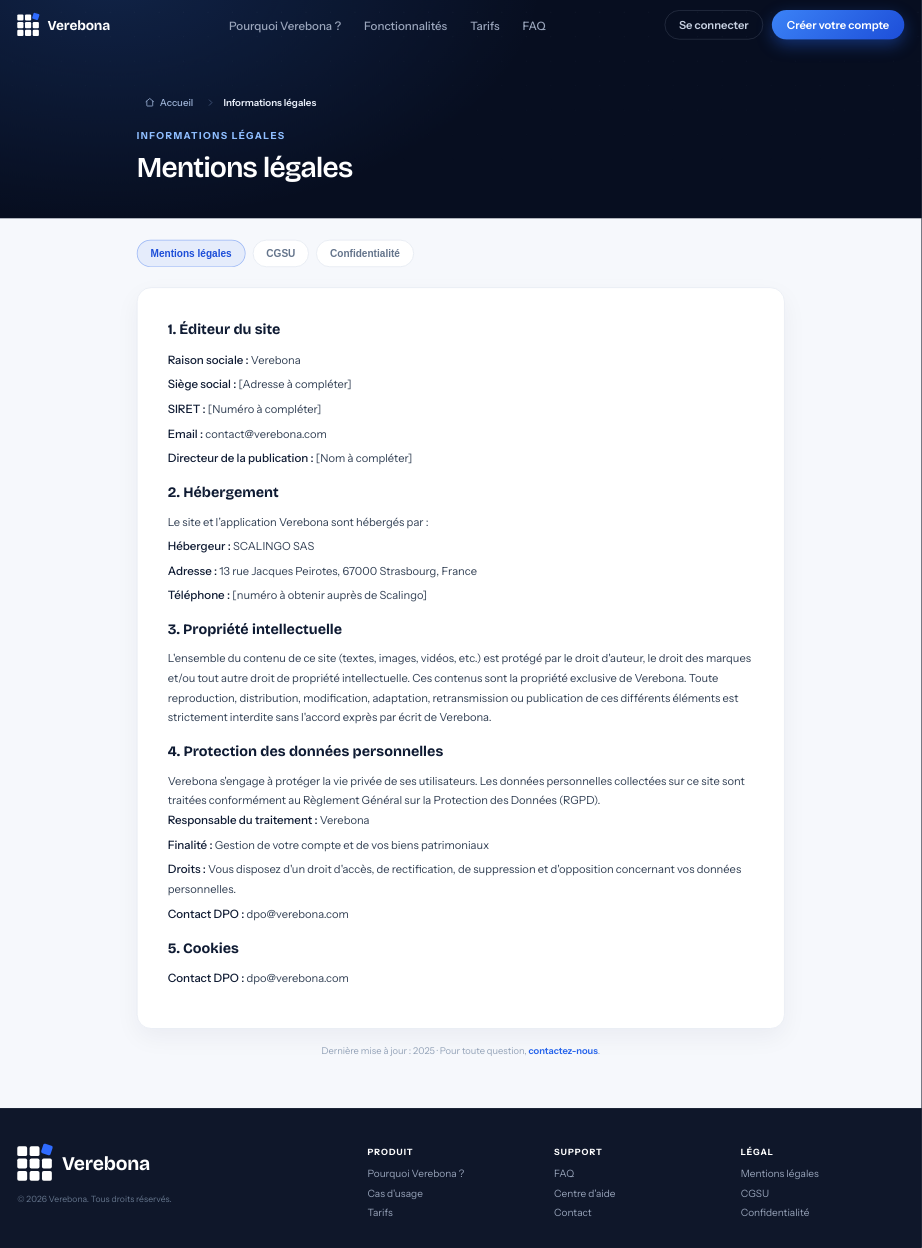
Repository: AdminVerebona/verebona-public
Page: /mentions-legales
The author's editor kept a copy of each file at every save. The page is drawn from the files as they stood at one save, then again after the next save.
The browser window is 1280 px wide. The pictures show the whole page, at 72% of full size.
The project was rebuilt for these pictures with package versions that can differ from the ones it lists, and the page was loaded fresh each time. Also part of the build but not shown: next.config.mjs, vite.config.js, vite.config.ts, src/composables/useLanding.ts, src/sections/HeroSection.vue, src/sections/WhySection.vue, src/sections/UseCasesSection.vue, src/sections/FeaturesSection.vue and 6 more.

Above is the page before, as saved 2026-07-10 15:19:08.

### index.html
<!doctype html>
<html lang="fr">
  <head>
    <meta charset="UTF-8" />
    <meta name="viewport" content="width=device-width, initial-scale=1.0" />
    <title>Verebona — Centralisez, organisez, valorisez vos biens</title>
    <meta
      name="description"
      content="Verebona centralise vos biens, documents et échéances pour les retrouver facilement, anticiper les dates importantes et valoriser vos biens le moment venu."
    />
  </head>
  <body>
    <div id="app"></div>
    <script type="module" src="/src/main.ts"></script>
  </body>
</html>

### src/main.ts
import { createApp } from 'vue'
import App from './App.vue'
import router from './router'
import { vHover } from './directives/hover'
import './style.css'

createApp(App)
  .use(router)
  .directive('hover', vHover)
  .mount('#app')

### src/App.vue
<template>
  <div style="background:#070E20;color:#EAF0FB;overflow-x:hidden;min-height:100vh">
    <AppHeader />
    <router-view />
    <AppFooter />
  </div>
</template>

<script setup lang="ts">
import { onMounted, watch, nextTick } from 'vue'
import { useRoute } from 'vue-router'
import AppHeader from './components/AppHeader.vue'
import AppFooter from './components/AppFooter.vue'
import { useScrollReveal } from './composables/useScrollReveal'

const route = useRoute()
const { scan } = useScrollReveal()

onMounted(() => { scan() })

// Re-scan reveal targets whenever the route (page) changes.
watch(
  () => route.fullPath,
  () => { nextTick(() => setTimeout(scan, 60)) },
)
</script>

### src/router/index.ts
import { createRouter, createWebHistory } from 'vue-router'
import HomeView from '../views/HomeView.vue'

const routes = [
  { path: '/', name: 'home', component: HomeView },
  { path: '/aide', name: 'help', component: () => import('../views/HelpView.vue') },
  { path: '/contact', name: 'contact', component: () => import('../views/ContactView.vue') },
  { path: '/mentions-legales', name: 'legal-mentions', component: () => import('../views/LegalView.vue') },
  { path: '/cgu', name: 'legal-cgu', component: () => import('../views/LegalView.vue') },
  { path: '/confidentialite', name: 'legal-confid', component: () => import('../views/LegalView.vue') },
  { path: '/:pathMatch(.*)*', name: 'not-found', component: () => import('../views/NotFoundView.vue') },
]

const router = createRouter({
  history: createWebHistory(),
  routes,
  scrollBehavior(to) {
    if (to.hash) return { el: to.hash, behavior: 'smooth' }
    return { top: 0 }
  },
})

export default router

### src/directives/hover.ts
import type { Directive } from 'vue'

/**
 * v-hover — applies a set of inline styles while the pointer is over the
 * element, and restores the previous values on leave. Reproduces the
 * `style-hover` behaviour of the design prototype.
 *
 * Usage:  <a v-hover="{ color: '#fff', transform: 'translateY(-1px)' }">
 */
type HoverStyles = Record<string, string>

interface HoverEl extends HTMLElement {
  __hoverEnter?: () => void
  __hoverLeave?: () => void
}

export const vHover: Directive<HoverEl, HoverStyles> = {
  mounted(el, binding) {
    const styles = binding.value || {}
    const original: HoverStyles = {}

    const enter = () => {
      for (const key in styles) {
        original[key] = (el.style as any)[key]
        ;(el.style as any)[key] = styles[key]
      }
    }
    const leave = () => {
      for (const key in styles) {
        ;(el.style as any)[key] = original[key] || ''
      }
    }

    el.__hoverEnter = enter
    el.__hoverLeave = leave
    el.addEventListener('mouseenter', enter)
    el.addEventListener('mouseleave', leave)
  },
  unmounted(el) {
    if (el.__hoverEnter) el.removeEventListener('mouseenter', el.__hoverEnter)
    if (el.__hoverLeave) el.removeEventListener('mouseleave', el.__hoverLeave)
  },
}

### src/composables/useScrollReveal.ts
/**
 * Scroll-reveal: adds `.vb-in` to `.vb-reveal` / `.vb-rgroup` elements as they
 * enter the viewport (staggering the children of a group). Ported from the
 * prototype's IntersectionObserver logic. Honours prefers-reduced-motion and
 * has a safety timeout so content is never left hidden.
 */
let io: IntersectionObserver | null = null

const reduce =
  typeof window !== 'undefined' &&
  !!window.matchMedia &&
  window.matchMedia('(prefers-reduced-motion: reduce)').matches

if (!reduce && typeof document !== 'undefined') {
  document.documentElement.classList.add('vb-anim')
}

function revealAll() {
  document.querySelectorAll('.vb-reveal').forEach((e) => e.classList.add('vb-in'))
  document.querySelectorAll('.vb-rgroup > *').forEach((e) => e.classList.add('vb-in'))
}

function ensureObserver() {
  if (io || reduce || typeof window === 'undefined' || !('IntersectionObserver' in window)) return
  io = new IntersectionObserver(
    (entries) => {
      entries.forEach((entry) => {
        if (!entry.isIntersecting) return
        const el = entry.target as HTMLElement
        io!.unobserve(el)
        if (el.classList.contains('vb-rgroup')) {
          Array.from(el.children).forEach((c, i) => {
            ;(c as HTMLElement).style.transitionDelay = i * 90 + 'ms'
            c.classList.add('vb-in')
          })
        } else {
          el.classList.add('vb-in')
        }
      })
    },
    { threshold: 0.12, rootMargin: '0px 0px -8% 0px' },
  )
}

export function useScrollReveal() {
  function scan() {
    if (reduce || typeof window === 'undefined' || !('IntersectionObserver' in window)) {
      revealAll()
      return
    }
    ensureObserver()
    document.querySelectorAll('.vb-reveal, .vb-rgroup').forEach((el) => io!.observe(el))
    // Safety net: never leave content hidden.
    window.setTimeout(revealAll, 2200)
  }
  return { scan }
}

### src/views/LegalView.vue
<template>
<section style="position:relative;padding:128px 24px 48px;overflow:hidden;background:radial-gradient(1000px 560px at 12% -10%,rgba(59,130,246,.18),transparent 60%),#070E20">
  <div style="position:absolute;inset:0;background-image:radial-gradient(rgba(148,163,184,.09) 1px,transparent 1px);background-size:34px 34px;-webkit-mask-image:linear-gradient(to bottom,#000,transparent 85%);mask-image:linear-gradient(to bottom,#000,transparent 85%);pointer-events:none"></div>
  <div style="max-width:900px;margin:0 auto;position:relative">
    <nav aria-label="Fil d'Ariane" style="margin-bottom:24px"><ol style="display:flex;align-items:center;gap:6px;list-style:none;margin:0;padding:0;font-size:13.5px"><li style="display:flex;align-items:center"><a href="#" @click.prevent="goHome" style="display:inline-flex;align-items:center;gap:7px;color:#9FB4D8;font-weight:500;padding:6px 11px;border-radius:9px;cursor:pointer;transition:color .15s,background .15s" v-hover="{color:'#fff',background:'rgba(255,255,255,.06)'}"><svg width="14" height="14" viewBox="0 0 24 24" fill="none" stroke="currentColor" stroke-width="1.9" stroke-linecap="round" stroke-linejoin="round"><path d="M3 10.5 12 3l9 7.5"/><path d="M5 9.5V20a1 1 0 0 0 1 1h12a1 1 0 0 0 1-1V9.5"/></svg>Accueil</a></li><li aria-hidden="true" style="display:flex;color:#42557A"><svg width="15" height="15" viewBox="0 0 24 24" fill="none" stroke="currentColor" stroke-width="2" stroke-linecap="round" stroke-linejoin="round"><path d="M9 6l6 6-6 6"/></svg></li><li aria-current="page" style="color:#EAF0FB;font-weight:600;padding:6px 4px">{{ crumbLabel }}</li></ol></nav>
    <div style="font-size:13.5px;letter-spacing:.15em;text-transform:uppercase;font-weight:800;color:#8FBEFF;margin-bottom:16px">Informations légales</div>
    <h1 style="font-size:40px;line-height:1.08;font-weight:600;letter-spacing:-.025em;color:#fff">{{ legalTitle }}</h1>
  </div>
</section>
<section style="background:#F6F8FC;padding:30px 24px 72px">
  <div style="max-width:900px;margin:0 auto">
    <div style="display:flex;flex-wrap:wrap;gap:10px;margin-bottom:28px">
      <button type="button" :style="legalMentionsStyle" @click.prevent="goMentions">Mentions légales</button>
      <button type="button" :style="legalCGUStyle" @click.prevent="goCGU">CGSU</button>
      <button type="button" :style="legalConfidStyle" @click.prevent="goConfid">Confidentialité</button>
    </div>
    <div style="background:#fff;border:1px solid #E6EBF3;border-radius:20px;padding:40px 42px;box-shadow:0 12px 34px rgba(15,27,51,.05)">
      <template v-if="isMentions">
        <div style="font-size:15.5px;line-height:1.75;color:#334155">
          <h2 style="font-size:20px;font-weight:700;color:#0F1B33;font-family:'Bricolage Grotesque',sans-serif;margin:0 0 10px">1. Éditeur du site</h2>
          <p style="margin:0 0 6px"><span style="font-size:16px;font-weight:500;color:#0F1B33">Raison sociale :</span> Verebona</p>
          <p style="margin:0 0 6px"><span style="font-size:16px;font-weight:500;color:#0F1B33">Siège social :</span> [Adresse à compléter]</p>
          <p style="margin:0 0 6px"><span style="font-size:16px;font-weight:500;color:#0F1B33">SIRET :</span> [Numéro à compléter]</p>
          <p style="margin:0 0 6px"><span style="font-size:16px;font-weight:500;color:#0F1B33">Email :</span> contact@verebona.com</p>
          <p style="margin:0 0 16px"><span style="font-size:16px;font-weight:500;color:#0F1B33">Directeur de la publication :</span> [Nom à compléter]</p>
          <h2 style="font-size:20px;font-weight:700;color:#0F1B33;font-family:'Bricolage Grotesque',sans-serif;margin:0 0 10px">2. Hébergement</h2>
          <p style="margin:0 0 6px">Le site et l’application Verebona sont hébergés par : </p>
          <p style="margin:0 0 6px"><span style="font-size:16px;font-weight:500;color:#0F1B33">Hébergeur :</span> SCALINGO SAS</p>
          <p style="margin:0 0 6px"><span style="font-size:16px;font-weight:500;color:#0F1B33">Adresse :</span> 13 rue Jacques Peirotes, 67000 Strasbourg, France</p>
          <p style="margin:0 0 16px"><span style="font-size:16px;font-weight:500;color:#0F1B33">Téléphone :</span> [numéro à obtenir auprès de Scalingo]</p>
          <h2 style="font-size:20px;font-weight:700;color:#0F1B33;font-family:'Bricolage Grotesque',sans-serif;margin:0 0 10px">3. Propriété intellectuelle</h2>
          <p style="margin:0 0 16px">L'ensemble du contenu de ce site (textes, images, vidéos, etc.) est protégé par le droit d'auteur, le droit des marques et/ou tout autre droit de propriété intellectuelle. Ces contenus sont la propriété exclusive de Verebona. Toute reproduction, distribution, modification, adaptation, retransmission ou publication de ces différents éléments est strictement interdite sans l'accord exprès par écrit de Verebona.</p>
          <h2 style="font-size:20px;font-weight:700;color:#0F1B33;font-family:'Bricolage Grotesque',sans-serif;margin:0 0 10px">4. Protection des données personnelles</h2>
          <p style="margin:0">Verebona s'engage à protéger la vie privée de ses utilisateurs. Les données personnelles collectées sur ce site sont traitées conformément au Règlement Général sur la Protection des Données (RGPD).</p>
          <p style="margin:0 0 6px"><span style="font-size:16px;font-weight:500;color:#0F1B33">Responsable du traitement :</span> Verebona</p>
          <p style="margin:0 0 6px"><span style="font-size:16px;font-weight:500;color:#0F1B33">Finalité  :</span> Gestion de votre compte et de vos biens patrimoniaux</p>
          <p style="margin:0 0 6px"><span style="font-size:16px;font-weight:500;color:#0F1B33">Droits  :</span> Vous disposez d'un droit d'accès, de rectification, de suppression et d'opposition concernant vos données personnelles.</p>
          <p style="margin:0 0 16px"><span style="font-size:16px;font-weight:500;color:#0F1B33">Contact DPO :</span> dpo@verebona.com</p>
          <h2 style="font-size:20px;font-weight:700;color:#0F1B33;font-family:'Bricolage Grotesque',sans-serif;margin:0 0 10px">5. Cookies</h2>
                    <p style="margin:0 0 16px"><span style="font-size:16px;font-weight:500;color:#0F1B33">Contact DPO :</span> dpo@verebona.com</p>


        </div>
      </template>
      <template v-if="isCGU">
        <div style="font-size:15.5px;line-height:1.75;color:#334155">
          <h2 style="font-size:20px;font-weight:700;color:#0F1B33;font-family:'Bricolage Grotesque',sans-serif;margin:0 0 10px">1. Objet</h2>
          <p style="margin:0 0 22px">Les présentes conditions générales de service et d'utilisation (CGSU) définissent les modalités d'accès et d'utilisation de la plateforme Verebona, service de centralisation et d'organisation documentaire du patrimoine.</p>
          <h2 style="font-size:20px;font-weight:700;color:#0F1B33;font-family:'Bricolage Grotesque',sans-serif;margin:0 0 10px">2. Compte et abonnement</h2>
          <p style="margin:0 0 22px">L'accès au service nécessite la création d'un compte et la souscription d'une offre. L'utilisateur s'engage à fournir des informations exactes et à préserver la confidentialité de ses identifiants.</p>
          <h2 style="font-size:20px;font-weight:700;color:#0F1B33;font-family:'Bricolage Grotesque',sans-serif;margin:0 0 10px">3. Nature du service</h2>
          <p style="margin:0 0 22px">Verebona est une plateforme d'organisation. Les documents importés ne sont ni certifiés, ni validés, ni garantis juridiquement. L'utilisateur reste seul responsable de l'exactitude des informations qu'il enregistre.</p>
          <h2 style="font-size:20px;font-weight:700;color:#0F1B33;font-family:'Bricolage Grotesque',sans-serif;margin:0 0 10px">4. Responsabilités</h2>
          <p style="margin:0 0 22px">Verebona met en œuvre les moyens raisonnables pour assurer la disponibilité et la sécurité du service, sans obligation de résultat concernant une disponibilité ininterrompue.</p>
          <h2 style="font-size:20px;font-weight:700;color:#0F1B33;font-family:'Bricolage Grotesque',sans-serif;margin:0 0 10px">5. Résiliation</h2>
          <p style="margin:0">L'utilisateur peut résilier son abonnement à tout moment. Des modalités de récupération des données sont prévues afin d'éviter tout verrouillage à la fin du contrat.</p>
        </div>
      </template>
      <template v-if="isConfid">
        <div style="font-size:15.5px;line-height:1.75;color:#334155">
          <h2 style="font-size:20px;font-weight:700;color:#0F1B33;font-family:'Bricolage Grotesque',sans-serif;margin:0 0 10px">Données collectées</h2>
          <p style="margin:0 0 22px">Verebona collecte les données nécessaires au fonctionnement du service : informations de compte, contenus importés (fiches de biens, documents) et données d'usage strictement utiles à l'amélioration du service.</p>
          <h2 style="font-size:20px;font-weight:700;color:#0F1B33;font-family:'Bricolage Grotesque',sans-serif;margin:0 0 10px">Finalités</h2>
          <p style="margin:0 0 22px">Les données sont traitées pour fournir le service, assurer la sécurité, et répondre aux obligations légales. Elles ne sont jamais cédées à des tiers à des fins commerciales.</p>
          <h2 style="font-size:20px;font-weight:700;color:#0F1B33;font-family:'Bricolage Grotesque',sans-serif;margin:0 0 10px">Sécurité</h2>
          <p style="margin:0 0 22px">Vos données sont chiffrées lors du stockage et des échanges, et hébergées sur une infrastructure sécurisée au sein de l'Union européenne.</p>
          <h2 style="font-size:20px;font-weight:700;color:#0F1B33;font-family:'Bricolage Grotesque',sans-serif;margin:0 0 10px">Vos droits</h2>
          <p style="margin:0">Conformément au RGPD, vous disposez d'un droit d'accès, de rectification, de portabilité et de suppression de vos données. Pour exercer ces droits, écrivez à contact@verebona.com.</p>
        </div>
      </template>
    </div>
    <p style="font-size:13px;color:#94A3B8;margin-top:22px;text-align:center">Dernière mise à jour : 2025 · Pour toute question, <a href="#" @click.prevent="goContact" style="color:#2563EB;font-weight:600">contactez-nous</a>.</p>
  </div>
</section>
</template>

<script setup lang="ts">
import { useLegal } from '../composables/useLegal'
import { useNav } from '../composables/useNav'
const { isMentions, isCGU, isConfid, legalTitle, legalMentionsStyle, legalCGUStyle, legalConfidStyle, crumbLabel } = useLegal()
const { goHome, goContact, goMentions, goCGU, goConfid } = useNav()
</script>

### src/composables/useNav.ts
import { ref, computed, nextTick } from 'vue'
import { useRouter, useRoute } from 'vue-router'

// Shared across header + footer + mobile menu.
const menuOpen = ref(false)

/**
 * useNav — header/footer navigation. Page links use vue-router; the four
 * in-page section links (Pourquoi / Fonctionnalités / Tarifs / FAQ) route to
 * home first if needed, then smooth-scroll to the anchor.
 */
export function useNav() {
  const router = useRouter()
  const route = useRoute()

  const toggleMenu = () => { menuOpen.value = !menuOpen.value }
  const closeMenu = () => { menuOpen.value = false }

  function scrollToId(id: string) {
    const el = document.getElementById(id)
    if (el && el.scrollIntoView) {
      try { el.scrollIntoView({ behavior: 'smooth', block: 'start' }) } catch { /* noop */ }
    }
  }
  function goToAnchor(id: string) {
    closeMenu()
    if (route.path !== '/') {
      router.push('/').then(() => nextTick(() => setTimeout(() => scrollToId(id), 80)))
    } else {
      scrollToId(id)
    }
  }

  const goHome = () => { closeMenu(); router.push('/') }
  const goAide = () => { closeMenu(); router.push('/aide') }
  const goContact = () => { closeMenu(); router.push('/contact') }
  const goMentions = () => { closeMenu(); router.push('/mentions-legales') }
  const goCGU = () => { closeMenu(); router.push('/cgu') }
  const goConfid = () => { closeMenu(); router.push('/confidentialite') }

  const navPourquoi = () => goToAnchor('pourquoi')
  const navFeatures = () => goToAnchor('features')
  const navPricing = () => goToAnchor('pricing')
  const navFaq = () => goToAnchor('faq')
  const navCasUsage = () => goToAnchor('cas-usage')

  const burgerBase = 'display:block;width:20px;height:2px;border-radius:2px;background:#fff;transition:transform .25s,opacity .25s;'
  const burgerTop = computed(() => burgerBase + 'transform:' + (menuOpen.value ? 'translateY(6px) rotate(45deg)' : 'none'))
  const burgerMid = computed(() => burgerBase + 'opacity:' + (menuOpen.value ? '0' : '1'))
  const burgerBot = computed(() => burgerBase + 'transform:' + (menuOpen.value ? 'translateY(-6px) rotate(-45deg)' : 'none'))

  return {
    menuOpen, toggleMenu, closeMenu,
    goHome, goAide, goContact, goMentions, goCGU, goConfid,
    navPourquoi, navFeatures, navPricing, navFaq, navCasUsage,
    burgerTop, burgerMid, burgerBot,
  }
}

### src/composables/useLegal.ts
import { computed } from 'vue'
import { useRoute } from 'vue-router'

/**
 * Legal page — a single view with three tabs (mentions / cgu / confid),
 * each mapped to its own route so they are independently linkable & indexable:
 *   /mentions-legales   /cgu   /confidentialite
 */
export function useLegal() {
  const route = useRoute()

  const tab = computed<'mentions' | 'cgu' | 'confid'>(() => {
    if (route.path.includes('cgu')) return 'cgu'
    if (route.path.includes('confidentialite')) return 'confid'
    return 'mentions'
  })

  const isMentions = computed(() => tab.value === 'mentions')
  const isCGU = computed(() => tab.value === 'cgu')
  const isConfid = computed(() => tab.value === 'confid')

  const legalTitle = computed(() =>
    tab.value === 'cgu'
      ? "Conditions générales de service et d'utilisation"
      : tab.value === 'confid'
        ? 'Politique de confidentialité'
        : 'Mentions légales',
  )

  const tabStyle = (a: boolean) =>
    `padding:10px 18px;border-radius:999px;font-size:14px;font-weight:600;cursor:pointer;border:1px solid ${a ? 'rgba(37,99,235,.4)' : '#E2E8F0'};background:${a ? 'rgba(37,99,235,.08)' : '#fff'};color:${a ? '#1D4ED8' : '#64748B'};transition:all .15s`

  const legalMentionsStyle = computed(() => tabStyle(isMentions.value))
  const legalCGUStyle = computed(() => tabStyle(isCGU.value))
  const legalConfidStyle = computed(() => tabStyle(isConfid.value))

  return {
    isMentions, isCGU, isConfid, legalTitle,
    legalMentionsStyle, legalCGUStyle, legalConfidStyle,
    crumbLabel: 'Informations légales',
  }
}

Loaded but not shown: src/components/AppHeader.vue (68 lines, source omitted); src/components/AppFooter.vue (21 lines, source omitted); src/style.css (59 lines, source omitted)

After the next save:
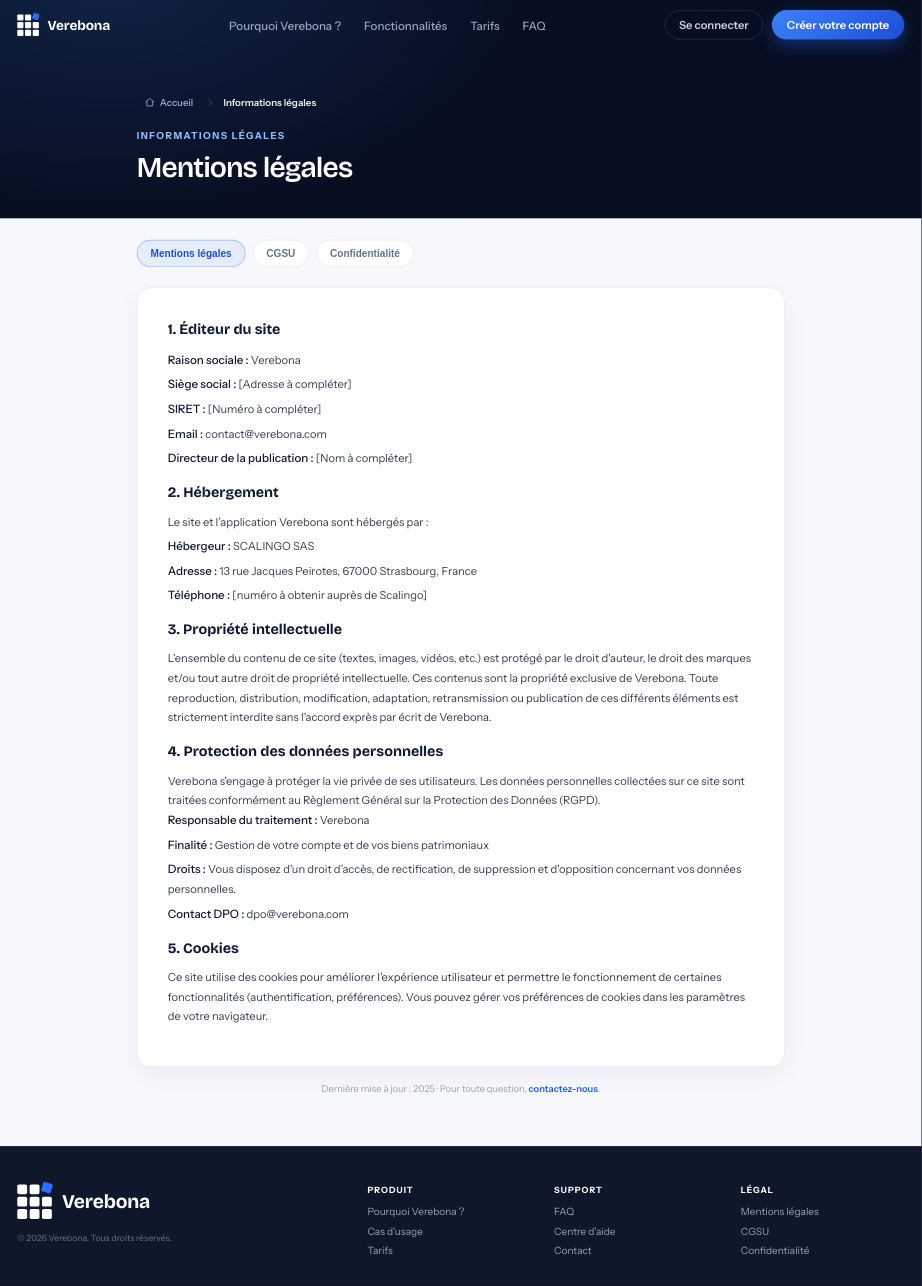
Saved 7 s later.
--- a/src/views/LegalView.vue
+++ b/src/views/LegalView.vue
@@ -37,7 +37,7 @@
           <p style="margin:0 0 6px"><span style="font-size:16px;font-weight:500;color:#0F1B33">Droits  :</span> Vous disposez d'un droit d'accès, de rectification, de suppression et d'opposition concernant vos données personnelles.</p>
           <p style="margin:0 0 16px"><span style="font-size:16px;font-weight:500;color:#0F1B33">Contact DPO :</span> dpo@verebona.com</p>
           <h2 style="font-size:20px;font-weight:700;color:#0F1B33;font-family:'Bricolage Grotesque',sans-serif;margin:0 0 10px">5. Cookies</h2>
-                    <p style="margin:0 0 16px"><span style="font-size:16px;font-weight:500;color:#0F1B33">Contact DPO :</span> dpo@verebona.com</p>
+                    <p style="margin:0 0 16px">Ce site utilise des cookies pour améliorer l'expérience utilisateur et permettre le fonctionnement de certaines fonctionnalités (authentification, préférences). Vous pouvez gérer vos préférences de cookies dans les paramètres de votre navigateur.</p>
 
 
         </div>
